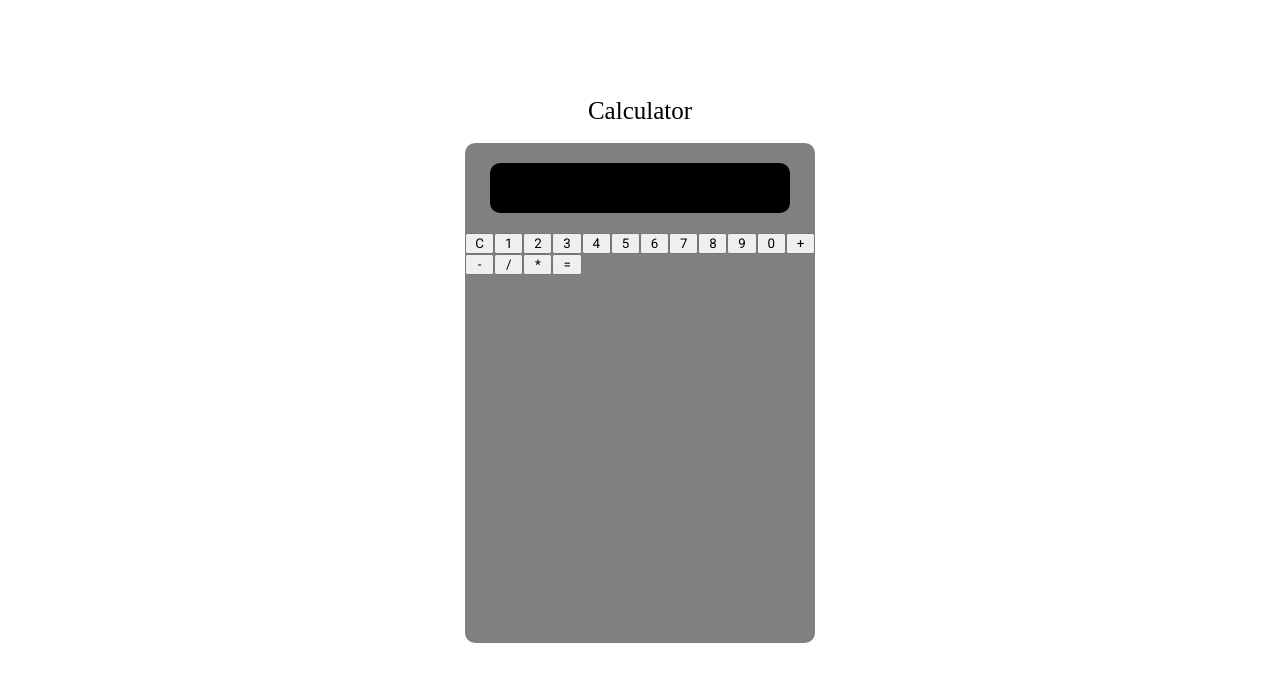
Repository: Gibon9/SimpleCalc
Page: index.html
These files come from the project's save history. The page is drawn as it stood at one moment and after the next save; the edit follows.
The browser window is 1280 px wide. The pictures show the whole page.
Some web fonts or font styles are not loaded; a fallback is used.

Above is the page before, as saved 2020-11-27 18:21:54.

After the next save:
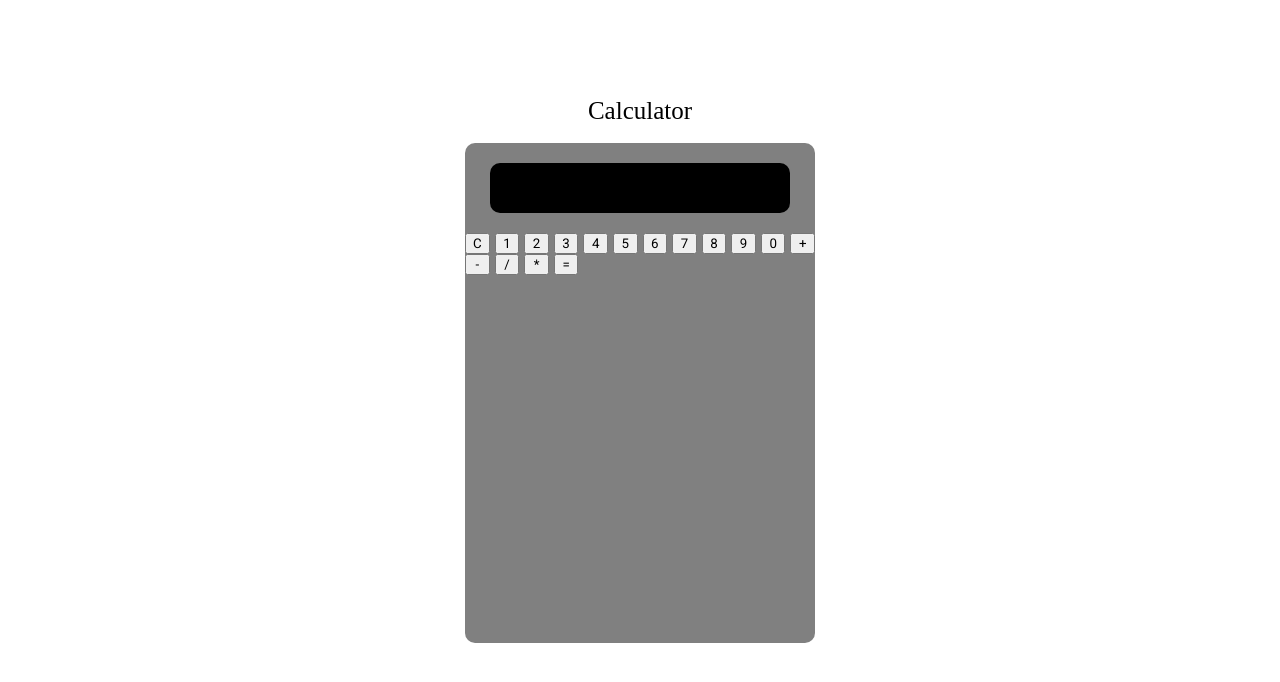
Saved 107 s later.
--- a/style/style.css
+++ b/style/style.css
@@ -50,4 +50,5 @@
 .keyboard {
   display: grid;
   grid-template-columns: repeat(12, 1fr);
+  column-gap: 5px;
 }
